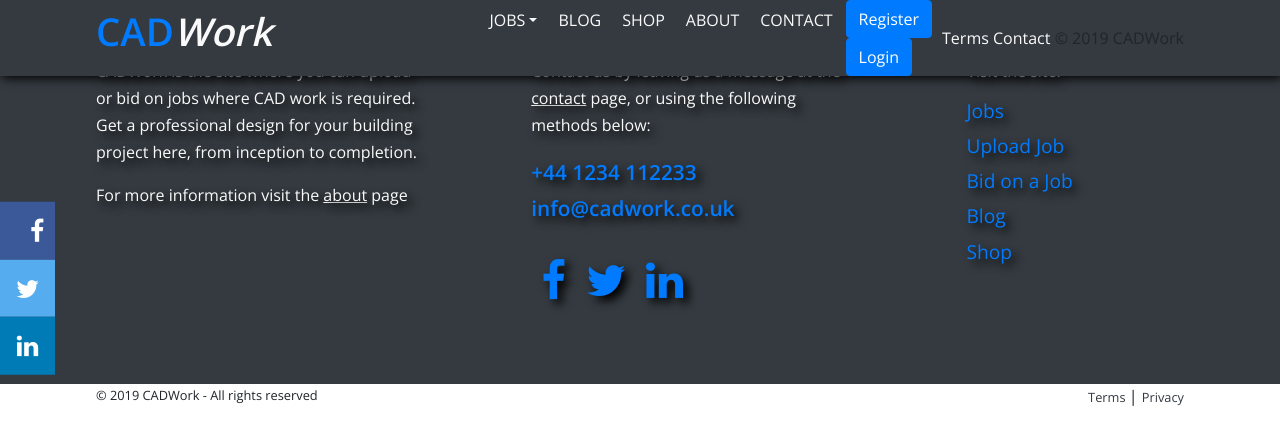
Repository: JShad30/cadwork
Page: templates/base.html
The author's editor kept a record of every edit. The page is drawn from the files as they stood at one moment, then again after the next edit.
The browser window is 1280 px wide. The pictures show the whole page.
The pointer rests on the first visible `.icon-bar-facebook`.
The template is drawn by Django 2.2. The application's start-up code is not run. The template is opened directly, without the code that normally fills it, so the values that code supplies are empty.

Above is the page before.

After the next edit:
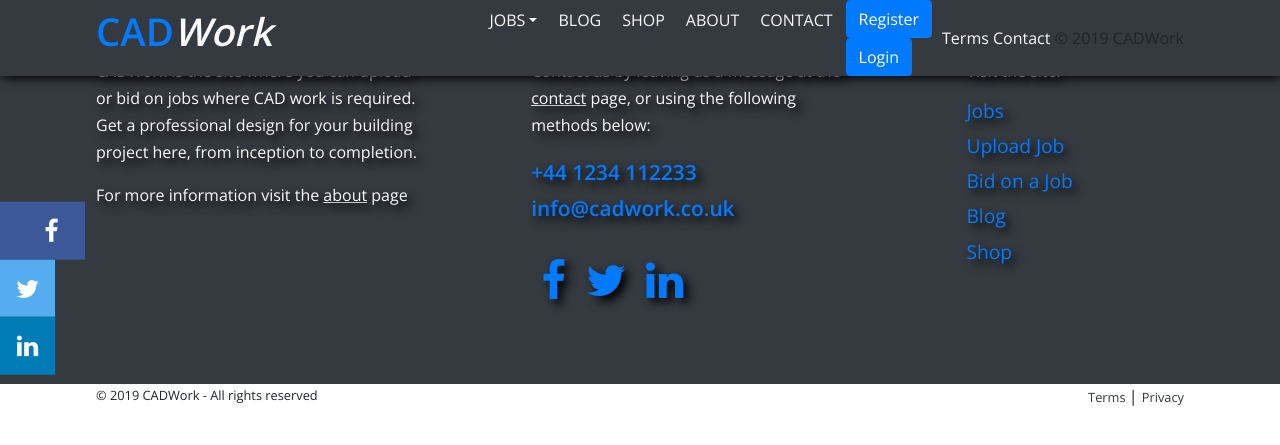
The edit:
--- a/static/css/styles.css
+++ b/static/css/styles.css
@@ -195,6 +195,12 @@
     width: 55px;
 }
 
+.icon-bar-facebook:hover {
+    transition-property: width;
+    transition-timing-function: ease-in-out;
+    width: 85px;
+}
+
 .icon-bar-twitter {
     background-color: #55ACEE;
     color: #FFFFFF;
